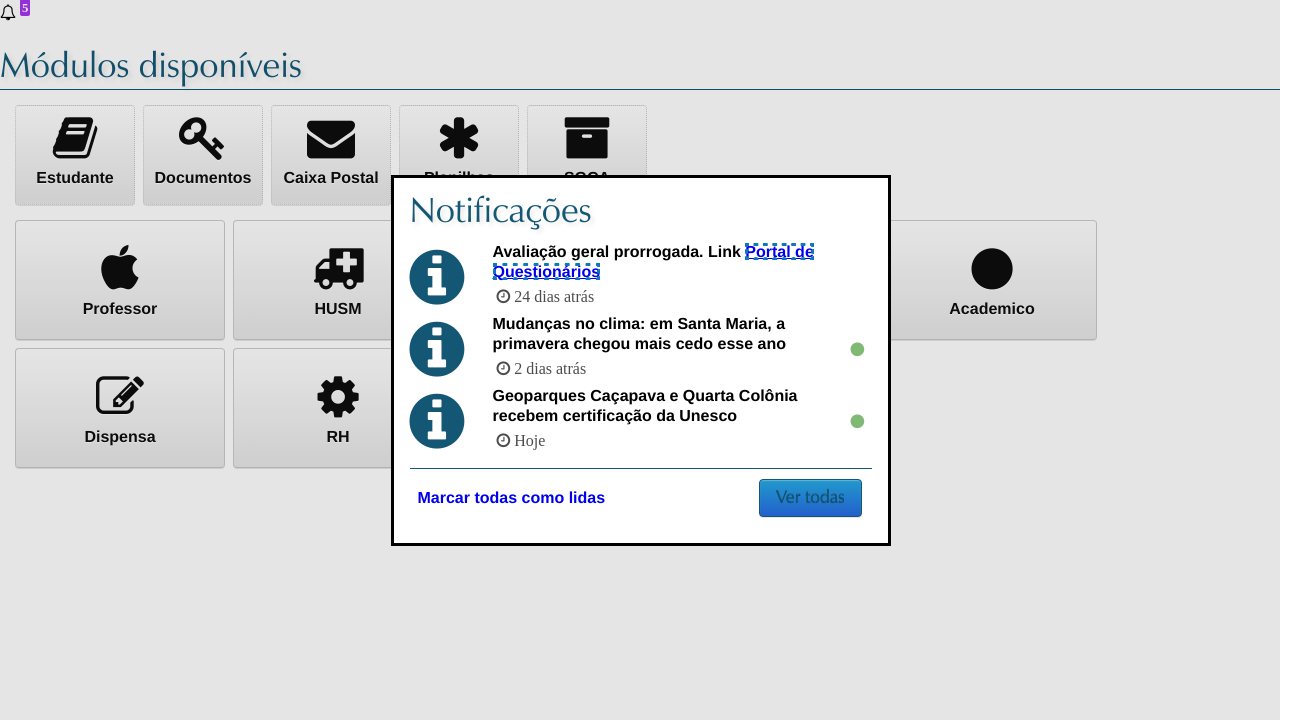
Repository: evertonagilar/study
Page: css/css-notificacao-dialog/index.html
An editor plug-in stored every save of this project. The page is shown before and after a run of saves, followed by the edit.
The browser window is 1280 px wide. The page is 1295 px wide, so the pictures cover 1295 px, including what lies to the right of the window. The pictures show the whole page.
After loading, the first visible `span.dashboard-notificacoes-button` was clicked once.

Above is the page before, as saved 2023-09-11 22:15:19.

### css/css-notificacao-dialog/index.html
<!DOCTYPE html>
<html lang="en">

<head>
    <meta charset="UTF-8">
    <meta name="viewport" content="width=device-width, initial-scale=1.0">
    <title>Aula CSS GRID</title>
    <link rel="stylesheet" href="css/cpd.css">
    <link rel="stylesheet" href="css/style.css">
</head>

<body>
    <span class="dashboard-notificacoes-button icon-bell">
        <sup>5</sup>
    </span>

    <dialog class="dashboard-notificacoes">
        <h2 class="h2 primary text-shadowed margin-bottom">
            Notificações
        </h2>
        <div class="notificacao-list">
            <div class="notificacao" data-id="1">
                <span class="notificacao-icon-type icon-info-sign"></span>
                <div class="notificacao-message">
                    <span class="notificacao-message-text">Avaliação geral prorrogada. Link <a href="#">Portal de
                            Questionários</a></span>
                    <span class="notificacao-message-date icon-time"> 24 dias atrás</span>
                </div>
                <span class="notificao-lida-mark"></span>
            </div>
            <div class="notificacao" data-id="1">
                <span class="notificacao-icon-type icon-info-sign"></span>
                <div class="notificacao-message">
                    <span class="notificacao-message-text">Mudanças no clima: em Santa Maria, a primavera chegou mais
                        cedo esse ano</span>
                    <span class="notificacao-message-date icon-time"> 2 dias atrás</span>
                </div>
                <span class="notificao-lida-mark icon-circle"></span>
            </div>
            <div class="notificacao" data-id="1">
                <span class="notificacao-icon-type icon-info-sign"></span>
                <div class="notificacao-message">
                    <span class="notificacao-message-text">Geoparques Caçapava e Quarta Colônia recebem certificação da Unesco</span>
                    <span class="notificacao-message-date icon-time"> Hoje</span>
                </div>
                <span class="notificao-lida-mark icon-circle"></span>
            </div>
        </div>
        <div class="notificacao-buttons">
            <a class="notificacao-marcar-todas" href="#">Marcar todas como lidas</a>
            <span class="btn primary notificacao-ver-todas">Ver todas</span>
        </div>
    </dialog>

    <h2 class="h2 primary stroked-bottom text-shadowed margin-bottom">
        Módulos disponíveis
    </h2>


    <div class="dashboard-container-favorito">
        <div class="portal">
            <span class="portal-icon icon-book"></span>
            <h3 class="portal-label">Estudante</h3>
        </div>
        <div class="portal">
            <span class="portal-icon icon-key"></span>
            <h3 class="portal-label">Documentos</h3>
        </div>
        <div class="portal">
            <span class="portal-icon icon-envelope"></span>
            <h3 class="portal-label">Caixa Postal</h3>
        </div>
        <div class="portal">
            <span class="portal-icon icon-asterisk"></span>
            <h3 class="portal-label">Planilhas</h3>
        </div>
        <div class="portal">
            <span class="portal-icon icon-archive"></span>
            <h3 class="portal-label">SGCA</h3>
        </div>

    </div>

    <div class="dashboard-container">
        <div class="portal">
            <span class="portal-mini-button fa fa-chain"></span>
            <span class="portal-icon icon-apple"></span>
            <h3 class="portal-label">Professor</h3>
        </div>

        <div class="portal">
            <span class="portal-icon icon-ambulance"></span>
            <h3 class="portal-label">HUSM</h3>
        </div>

        <div class="portal">
            <span class="portal-icon icon-user"></span>
            <h3 class="portal-label">Usuario</h3>
        </div>

        <div class="portal">
            <span class="portal-icon icon-calendar"></span>
            <h3 class="portal-label">Agendamento</h3>
        </div>

        <div class="portal">
            <span class="portal-icon icon-circle"></span>
            <h3 class="portal-label">Academico</h3>
        </div>

        <div class="portal">
            <span class="portal-icon icon-edit"></span>
            <h3 class="portal-label">Dispensa</h3>
        </div>

        <div class="portal">
            <span class="portal-icon icon-cog"></span>
            <h3 class="portal-label">RH</h3>
        </div>

        <div class="portal">
            <span class="portal-icon icon-code-fork"></span>
            <h3 class="portal-label">Projetos</h3>
        </div>

        <div class="portal">
            <span class="portal-icon icon-file-alt"></span>
            <h3 class="portal-label">Biblioteca</h3>
        </div>

    </div>
</body>


<script>

    document.addEventListener("DOMContentLoaded", function () {

        /* Cards */
        const botao = document.querySelectorAll('.portal');
        botao.forEach(btn => {
            const miniButton = btn.querySelector('.portal-mini-button');

            btn.addEventListener('click', () => {
                alert('botao clicked');
            });

            btn.addEventListener('mouseenter', () => {
                if (miniButton) {
                    miniButton.style.visibility = 'visible';
                }
            });

            btn.addEventListener('mouseleave', () => {
                if (miniButton) {
                    miniButton.style.visibility = 'hidden';
                }
            });

        });

        /* Mini Button */
        const miniButtons = document.querySelectorAll('.portal-mini-button');
        miniButtons.forEach(btn => {
            const parentButton = btn.closest('.portal');

            btn.addEventListener("click", (event) => {
                event.stopPropagation();
                alert('mini-button clicked');
            });

            btn.addEventListener("mouseenter", (event) => {
                // alert('mouse enter');
                // parentButton.style.pointerEvents = 'none';

            });

            btn.addEventListener("mouseleave", (event) => {
                // alert('mouse leave');
                // parentButton.style.pointerEvents = 'auto';
            })

        });


        /* Notifications */
        document.querySelector('.dashboard-notificacoes-button').addEventListener("click", (event) => {
            const dialog = document.querySelector('.dashboard-notificacoes');
            dialog.showModal();
        });

        document.querySelector('.dashboard-notificacoes-button').addEventListener("mouseenter", (event) => {
            const dialog = document.querySelector('.dashboard-notificacoes');
            dialog.show();
        });

        document.querySelector('.dashboard-notificacoes-button').addEventListener("mouseleave", (event) => {
            const dialog = document.querySelector('.dashboard-notificacoes');
            dialog.close();
        });


    });



</script>



</html>

### css/css-notificacao-dialog/css/style.css

.dashboard-container {
    width: 100%;
    height: 100%;
    display: flex;
    flex-direction: row;
    flex-wrap: wrap;
    gap: 8px;
    align-items: stretch; /* Centraliza verticalmente */
    justify-content: stretch;
    margin: 15px;
    @media screen and (max-width:34.999999em){
        width: 94%;
    }
}

.dashboard-container-favorito {
    width: 100%;
    height: 100%;
    display: flex;
    flex-direction: row;
    flex-wrap: nowrap;
    gap: 8px;
    align-items: stretch; /* Centraliza verticalmente */
    justify-content: stretch;
    margin: 15px;
}

.portal {
    position: relative;
    cursor: pointer;
    text-align: center;
    --border-radius:.25rem;
    --border-radius-top-left:.25rem;
    --border-radius-top-right:.25rem;
    --border-radius-bottom-right:.25rem;
    --border-radius-bottom-left:.25rem;
    --border-radius-top:.25rem;
    --border-radius-left:.25rem;
    --border-radius-right:.25rem;
    --border-radius-bottom:.25rem;
    border-radius:.25rem;
    border:.065rem solid #ccc;
    border-bottom:.065rem solid #c5c5c5;
    border-right:.065rem solid #cacaca;
    color:#0d0d0d;
    text-shadow:0 .065em 0 #fff;
    box-shadow:0 .065em 0 rgba(0,0,0,0.1),0 .065em .065em 0 rgba(255,255,255,0.3) inset;
    background-image:linear-gradient(to bottom, #fff, #e6e6e6);
    padding: 24px;
    width: 210px;
    height: 120px;
    @media screen and (max-width:34.999999em){
        width: 100%;
    }
}


.portal:hover {
    background:#e6e6e6;
    transition: all .35s ease-in-out;
    box-shadow: 0 .065rem 0 rgba(0,0,0,0.15);
}

.portal:active {
    background:none;
    box-shadow:0 .065em 0 rgba(0,0,0,0.1),.08em .125em .25em rgba(0,0,0,0.3) inset;
    background-color:#f3f3f3;
    transition:none
}

.portal:focus {
    box-shadow:0 0 .5em .25em rgba(205,205,205,0.85)
}

.portal-icon {
    font-size: 3em;
}

.portal-label {
    font-weight: bold;
    margin-top: 6px;
}

.dashboard-container-favorito .portal {
    padding: 8px;
    height: 100px;
    width: 120px;
    @media screen and (max-width:798px) {
        width: auto;
    }
    border-style: dotted;
}

.portal-mini-button {
    position: absolute;
    top: 0;
    right: 0;
    border: none;
    padding: 6px;
    z-index: 100;
    visibility: hidden;
}

.portal-mini-button:hover {
    background-color:#f3f3f3;
    border-radius:.25rem;
    border:.065rem solid #ccc;
    border-bottom:.065rem solid #c5c5c5;
    border-right:.065rem solid #cacaca;
    color:#0d0d0d;
    color: brown;
 }

 .portal-mini-button:active {
    background:none;
    box-shadow:0 .065em 0 rgba(0,0,0,0.1),.08em .125em .25em rgba(0,0,0,0.3) inset;
    background-color:#f3f3f3;
    transition:none
}

.portal-mini-button:focus {
    box-shadow:0 0 .5em .25em rgba(205,205,205,0.85)
}

/* Notificações */

.dashboard-notificacoes-button {
    position: relative;
    cursor: pointer;
}


.dashboard-notificacoes {
    position: absolute;
    left: 1px;
    top: 1px;
    width: 500px;
    transition: all .2s ease;
    z-index: 200;

}

.dashboard-notificacoes-button sup {
    color: #fff;
    background-color: #a435f0;
    padding: 2px;
    font-weight: bold;
    border-radius: 2px;
    font-size: .8em !important;
}

.notificacao-list {
    display: flex;
    flex-direction: column;
    gap: 2px;
}

.notificacao {
    display: flex;
    flex-direction: row;
    justify-content: flex-start;
    align-items: center;
    gap: 8px;
    flex-wrap: wrap;

}

.notificacao-message {
    display: flex;
    flex-direction: column;
    align-items: flex-start;
    font-weight: bold;
}

.notificacao-icon-type {
    font-size: 64px;
    width: 75px;
    color: #135775;
}

.notificacao-message-text {
    font-weight: 900;
    width: 350px;
}

.notificacao-message-date {
    font-weight: 300;
    padding: 6px 4px;
    color: #4c4c4c;
}

.notificao-lida-mark {
    color: hsla(109, 90%, 27%, 0.565);
}

.notificacao-buttons {
    display: flex;
    justify-content: space-between;
    align-items: center;
    border-top: .065rem solid #135775;
    margin-top: 12px;
    padding: 8px;
}

.notificacao-marcar-todas {
    font-weight: bold;
    text-decoration: none;
}

Loaded but not shown: css/css-notificacao-dialog/css/cpd.css (library)

After the next 3 saves:
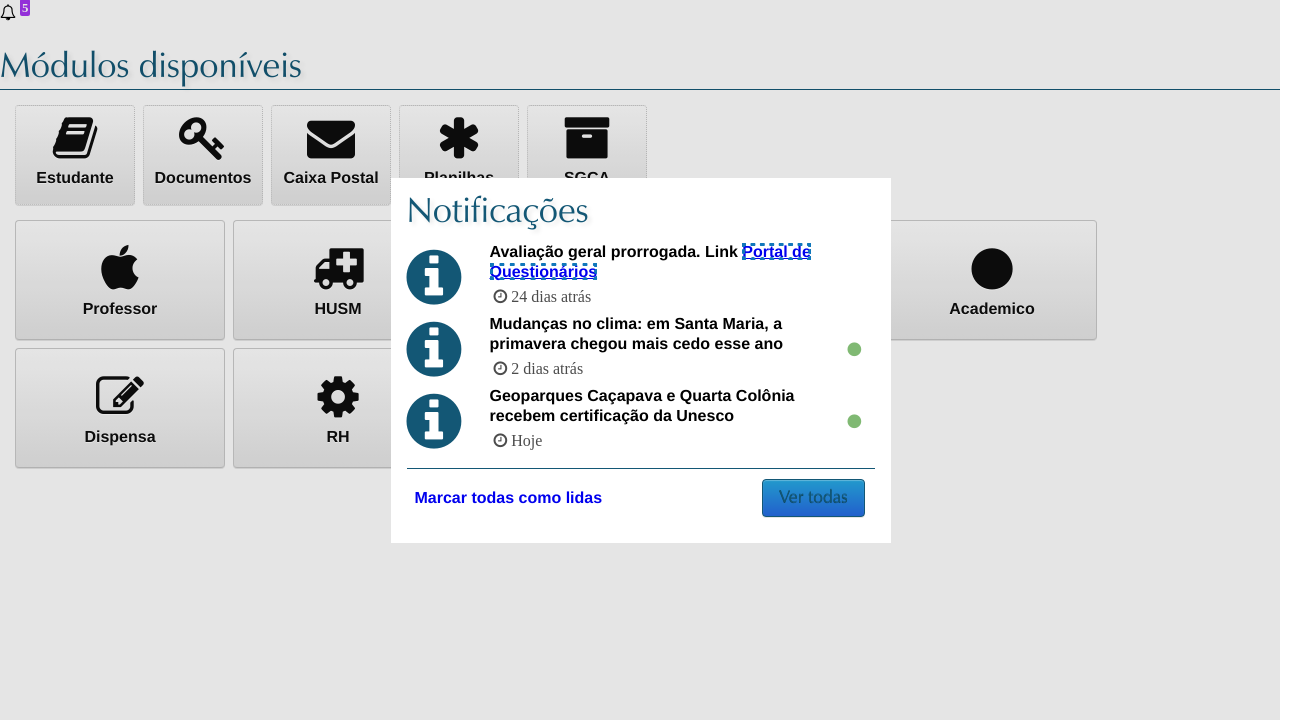
The 3 saves are shown as one change because they came seconds apart.
The last was saved 45 s later.
--- a/css/css-notificacao-dialog/css/style.css
+++ b/css/css-notificacao-dialog/css/style.css
@@ -138,6 +138,7 @@
     width: 500px;
     transition: all .2s ease;
     z-index: 200;
+    border: 1px
 
 }
 
